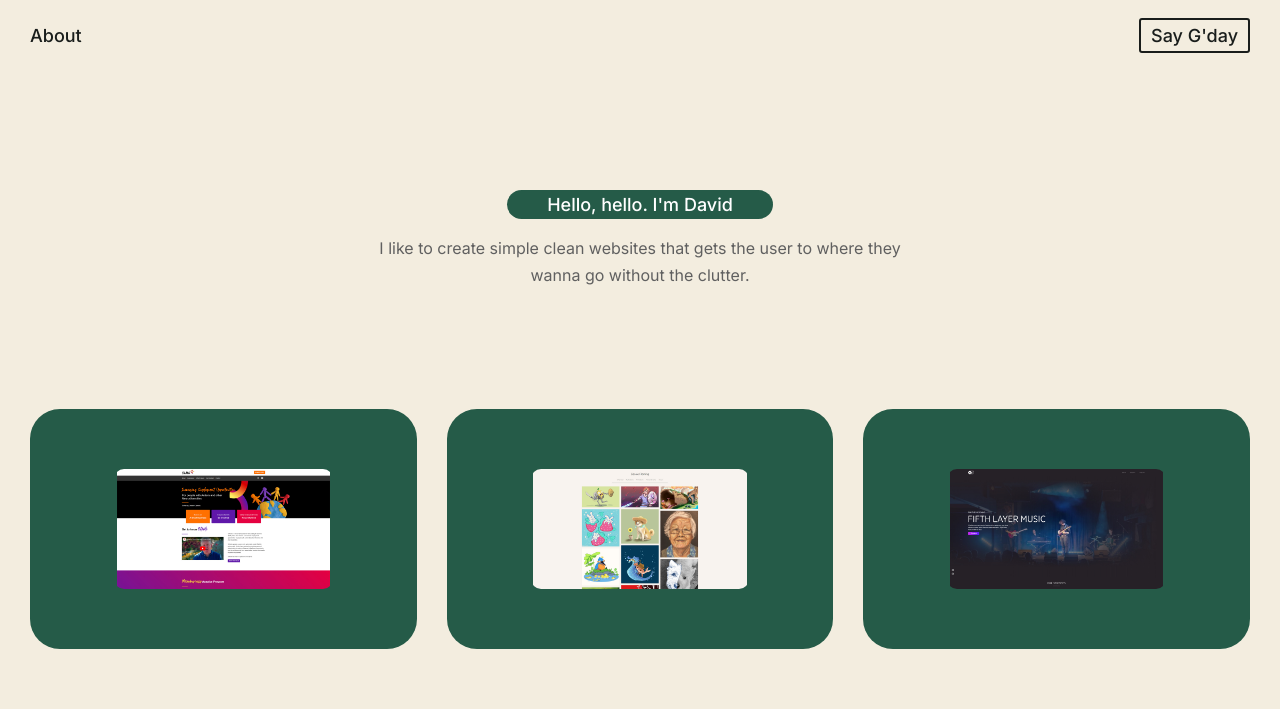
Repository: David-Waite/David-Waite-Portfolio
Page: /
An editor plug-in stored every save of this project. The page is shown before and after the next save, followed by the edit.
The browser window is 1280 px wide. The pictures show the whole page.
The project was rebuilt for these pictures with package versions that can differ from the ones it lists, and the page was loaded fresh each time. The framework's server and built-in components were replaced by stand-ins that run in the browser. Also part of the build but not shown: next.config.js.

Above is the page before, as saved 2023-07-26 13:31:52.

### app/layout.tsx
import "./globals.css";
import type { Metadata } from "next";
import { Inter } from "next/font/google";
import Link from "next/link";
import NavBar from "./components/Nav/NavBar/NavBar";

const inter = Inter({ subsets: ["latin"] });

export const metadata: Metadata = {
  title: "Create Next App",
  description: "Generated by create next app",
};

export default function RootLayout({
  children,
}: {
  children: React.ReactNode;
}) {
  return (
    <html lang="en">
      <body className={inter.className}>
        <NavBar />
        {children}
      </body>
    </html>
  );
}

### app/page.tsx
import Projects from "./components/Nav/Home/Projects/Projects";
import styles from "./page.module.css";
import Image from "next/image";
export default function Home() {
  return (
    <main className={styles.main}>
      <div className={styles.headingContainer}>
        <h1>Hello, hello. I&apos;m David</h1>
        <p>
          I like to create simple clean websites that gets the user to where
          they wanna go without the clutter.
        </p>
      </div>
      <form></form>
      <Projects />
    </main>
  );
}

### app/globals.css
:root {
  --primary: #255b48;
  --black: #191d1b;
  --background: #f3eddf;
  --white: #ffffff;
  --grey: #606060;
}

.paragraph {
  font-size: 18px;
  font-style: normal;
  font-weight: 400;
  line-height: 25.2px;
  color: var(--black);
}

body {
  background-color: var(--background);
}

* {
  padding: 0;
  margin: 0;
  box-sizing: border-box;
}

### app/components/Nav/NavBar/NavBar.tsx
"use client";
import NavButton from "../NavButton/NavButton";
import styles from "./navBar.module.css";
import { usePathname } from "next/navigation";

import Link from "next/link";

export default function NavBar() {
  const currentRoute = usePathname();

  return (
    <nav className={styles.container}>
      <Link href={`./${currentRoute === "/" ? "about" : "/"}`}>
        {currentRoute === "/" ? "About" : "Home"}
      </Link>

      {currentRoute !== "/contact" && <NavButton />}
    </nav>
  );
}

### app/components/Nav/Home/Projects/Projects.tsx
"use client";

import Image from "next/image";
import styles from "./projects.module.css";

export default function About() {
  const projects: any = [
    {
      image: "/Edable.jpg",
      imageAlt: "Edable Home",
      link: "www.edable.org.au",
      description:
        "A charity working on employing and educating in the field of autism",
      madeWith: ["Next.Js", "Contentful"],
    },
    {
      image: "/CassieFleming.jpg",
      imageAlt: "Cassie Fleming illustrations",
      link: "www.cassiefleming.com",
      description: "An animation portfolio",
      madeWith: ["Next.Js", "Contentful"],
    },

    {
      image: "/FifthLayerMusic.jpg",
      imageAlt: "Fifth layer music home",
      link: "fifth-layer-music.vercel.app",
      description: "A platform for musicians to do what they do best",
      madeWith: ["Next.Js"],
    },
  ];

  const projectCardsElement: any = projects.map((item: any) => {
    return (
      <a
        key={item.title}
        href={`https://${item.link}`}
        target="_blank"
        style={{ textDecoration: "none" }}
        className={styles.contaner}
      >
        <div className={styles.projectsCard}>
          <div className={styles.projectContainer}>
            <div className={styles.projectInfo}>
              <div></div>
              <div>
                <h2>{item.link}</h2>
                <p>{item.description}</p>
              </div>

              <ul className={styles.madeWith}>
                {item.madeWith.map((madewith: any) => (
                  <li key={item.title}>
                    {`${madewith}${
                      madewith === item.madeWith[item.madeWith.length - 1]
                        ? ""
                        : ","
                    }`}
                  </li>
                ))}
              </ul>
            </div>

            <Image
              className={styles.projectImages}
              src={item.image}
              alt={item.imageAlt}
              fill={true}
            />
          </div>
        </div>
      </a>
    );
  });
  return <div className={styles.projectsGrid}>{projectCardsElement}</div>;
}
// import styles from "./projects.module.css";
// import Image from "next/image";
// export default function Projects() {
//   return (
//     <main className={styles.main}>
//       <div className={styles.projects}>
//         <div className={styles.projectContainer}>
//           <div className={styles.imageContainer}>
//             <Image
//               src="/Edable.jpg"
//               fill={true}
//               alt="Edable homePage"
//               objectFit="contain"
//             />
//             <div className={styles.text}>
//               <h2>https://www.edable.org.au/</h2>
//               <p>
//                 A charity working on employing and educating in the field of
//                 autism
//               </p>
//             </div>
//           </div>
//         </div>
//         <div className={styles.projectContainer}></div>
//         <div className={styles.projectContainer}></div>
//         <div className={styles.projectContainer}></div>
//         <div className={styles.projectContainer}></div>
//       </div>
//     </main>
//   );
// }

### app/page.module.css
.main {
  margin: 0 30px;
}
.headingContainer {
  display: flex;
  flex-direction: column;
  align-items: center;
  margin: 120px 0px;
}

.headingContainer h1 {
  background-color: var(--primary);
  color: var(--white);
  font-size: 18px;
  font-weight: 500;
  padding: 4px 40px;
  border-radius: 20px;
  margin-bottom: 16px;
}

.headingContainer p {
  color: var(--grey);
  max-width: 550px;
  text-align: center;
  line-height: 27px;
}

### app/components/Nav/NavButton/NavButton.tsx
import styles from "./navButton.module.css";

import Link from "next/link";

export default function NavButton() {
  return (
    <Link className={styles.container} href={"./contact"}>
      Say G&apos;day
    </Link>
  );
}

### app/components/Nav/NavBar/navBar.module.css
.container {
  display: flex;
  align-items: center;
  justify-content: space-between;
  height: 70px;
  padding: 0 30px;
}

.container a {
  color: var(--black);
  cursor: pointer;
  text-decoration: none;
  font-size: 18px;
  font-weight: 500;
}

### app/components/Nav/Home/Projects/projects.module.css
.projectsGrid {
  display: grid;
  grid-template-columns: 1fr 1fr 1fr;
  gap: 30px;
}

.projectsCard {
  background-color: var(--primary);
  height: calc((100vw / 3) / 16 * 9);
  border-radius: 30px;
  display: flex;
  align-items: center;
  justify-content: center;
}

.projectContainer {
  position: relative;
  height: calc(100% - 120px);
  width: calc(100% - 168px);
  border-radius: 3px;
  overflow: hidden;
}
.projectImages {
  object-fit: contain;
  z-index: 0;
  transition: 0.4s;
  border-radius: 10px;
}
.projectInfo {
  position: absolute;
  top: 50%;
  left: 50%;
  width: 100%;
  height: 100%;
  transform: translate(-50%, -50%);
  z-index: 2;
  display: flex;
  flex-direction: column;
  justify-content: space-between;
  opacity: 0;
  transition: 0.4s;
}

.projectsCard h2 {
  margin-top: auto;
  text-align: center;
  color: var(--white);
  font-size: 18px;
  font-weight: 500;
}

.projectsCard p {
  font-size: 18px;
  text-align: center;
  margin: 8px 30px 0 30px;
  color: var(--white);
  font-weight: 300;
  margin-bottom: auto;
}

.madeWith {
  list-style: none;
  display: flex;
  justify-content: center;
  gap: 8px;
  color: #a7a7a7;
  font-size: 14.4px;
}

.contaner:hover .projectImages {
  opacity: 0;
  transform: scale(1.1);
}

.contaner:hover .projectInfo {
  opacity: 1;
}

### app/components/Nav/NavButton/navButton.module.css
.container {
  border: 2px solid var(--black);
  color: var(--black);
  font-weight: 500;
  border-radius: 3px;
  padding: 5px 10px;
  transition: 0.3s;
}

.container:hover {
  background-color: var(--primary);
  color: var(--white);
}

After the next save:
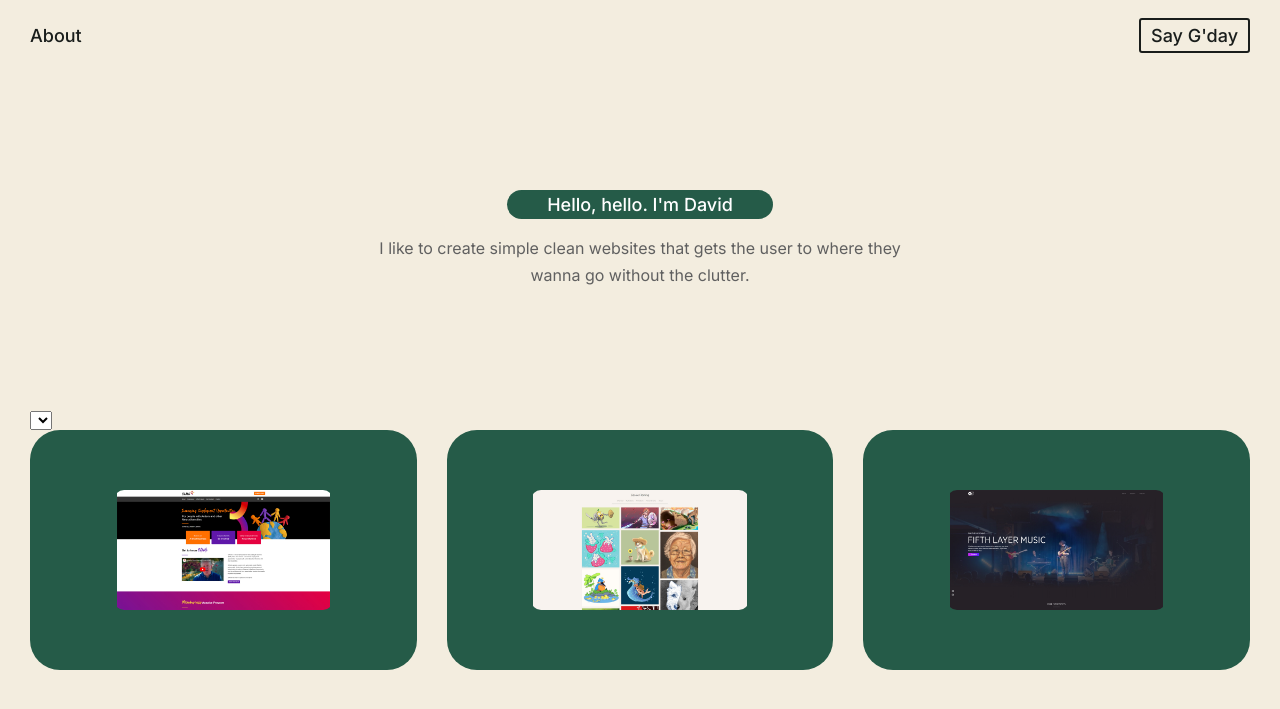
Saved 6 s later.
--- a/app/page.tsx
+++ b/app/page.tsx
@@ -11,7 +11,9 @@ export default function Home() {
           they wanna go without the clutter.
         </p>
       </div>
-      <form></form>
+      <form>
+        <select></select>
+      </form>
       <Projects />
     </main>
   );
